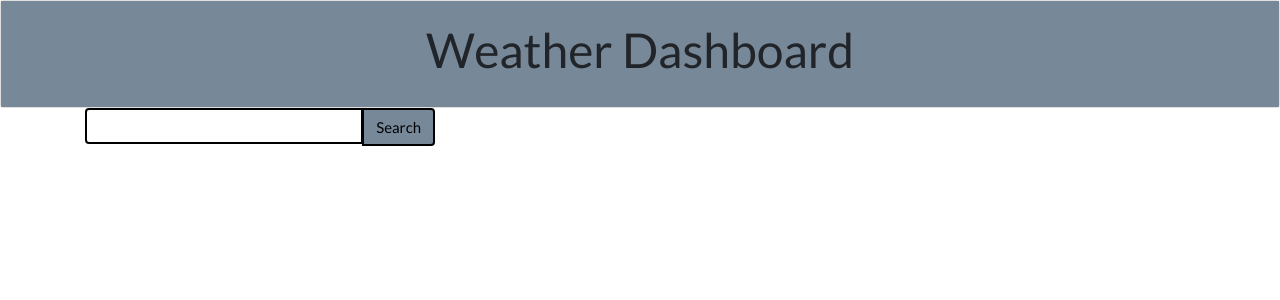
Repository: himaja830/Weather-Dashboard
Page: index.html
These files come from the project's save history. The page is drawn as it stood at one moment and after the next save; the edit follows.
The browser window is 1280 px wide. The pictures show the whole page.
Some web libraries are served in a nearby version.

Above is the page before, as saved 2020-06-26 12:52:49.

After the next save:
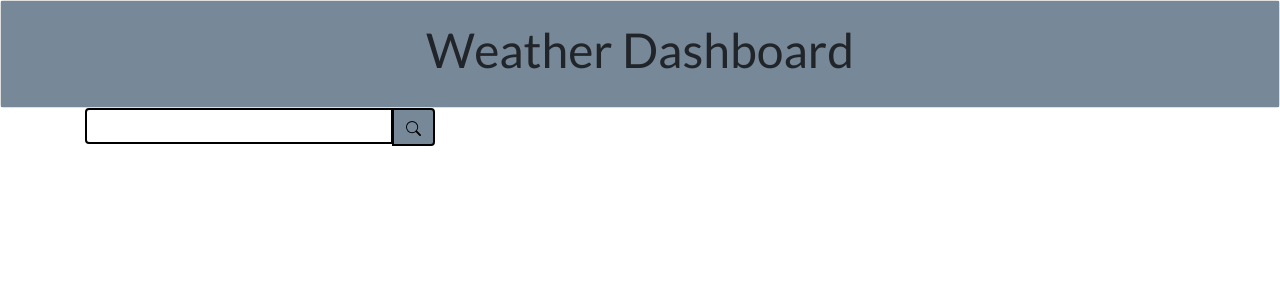
Saved 2 h 37 min later.
--- a/index.html
+++ b/index.html
@@ -24,7 +24,10 @@
         <div class="input-group mb-3">
             <input type="text" class="form-control"  aria-label="" aria-describedby="button-addon2">
             <div class="input-group-append">
-              <button class="btn btn-outline-secondary" type="button" id="button-addon2">Search</button>
+              <button class="btn btn-outline-secondary" type="button" id="button-addon2"><svg class="bi bi-search" width="1em" height="1em" viewBox="0 0 16 16" fill="currentColor" xmlns="http://www.w3.org/2000/svg">
+                <path fill-rule="evenodd" d="M10.442 10.442a1 1 0 0 1 1.415 0l3.85 3.85a1 1 0 0 1-1.414 1.415l-3.85-3.85a1 1 0 0 1 0-1.415z"/>
+                <path fill-rule="evenodd" d="M6.5 12a5.5 5.5 0 1 0 0-11 5.5 5.5 0 0 0 0 11zM13 6.5a6.5 6.5 0 1 1-13 0 6.5 6.5 0 0 1 13 0z"/>
+              </svg></button>
             </div>
           </div>
       </div>
